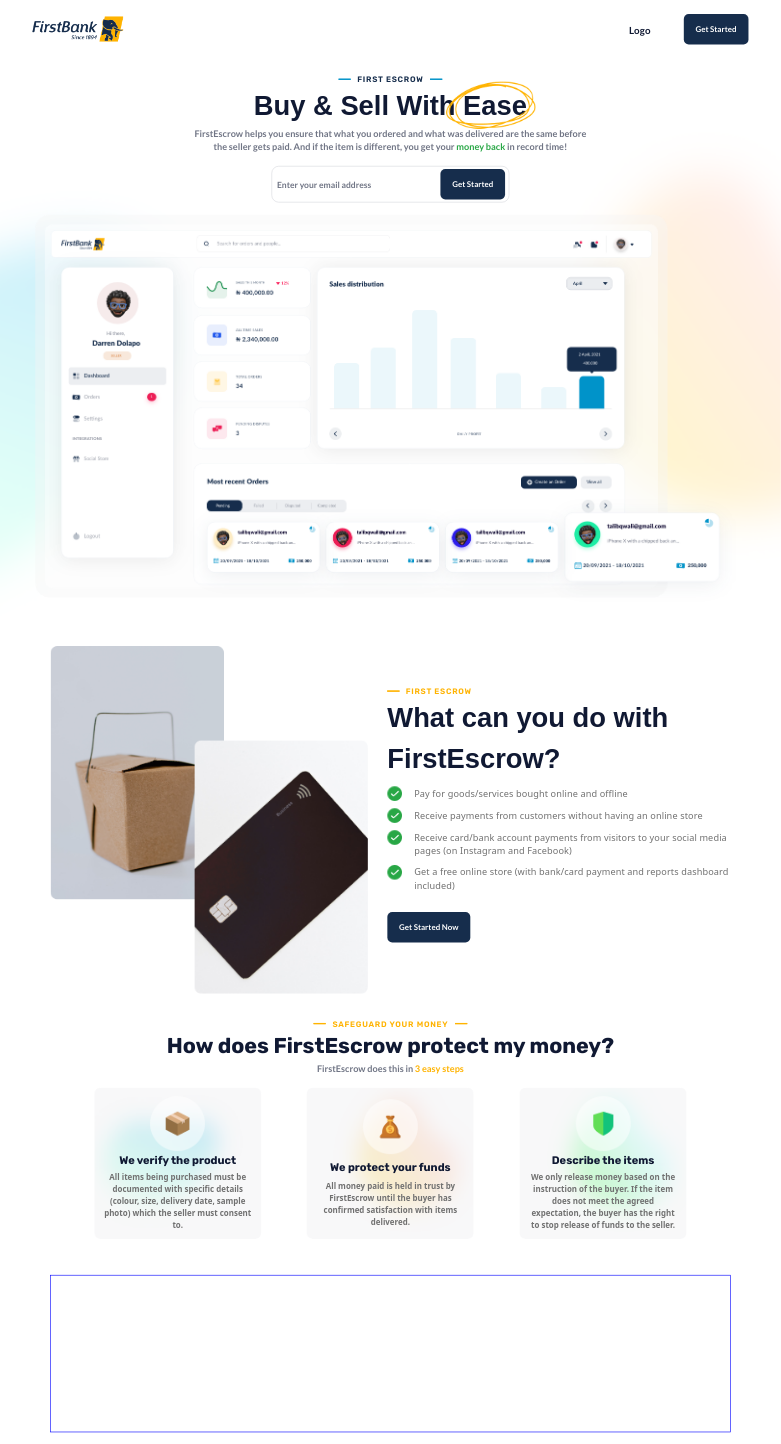
Repository: Pepperest-dev/First_Escrow_Home
Page: index.html
These files come from the project's save history. The page is drawn as it stood at one moment and after the next save; the edit follows.
The browser window is 1280 px wide. The pictures show the whole page, at 61% of full size.

Above is the page before, as saved 2021-09-26 12:42:36.

### index.html
<!DOCTYPE html>
<html lang="en">
  <head>
    <meta charset="UTF-8" />
    <meta http-equiv="X-UA-Compatible" content="IE=edge" />
    <meta name="viewport" content="width=device-width, initial-scale=1.0" />
    <link rel="stylesheet" href="styles/styles.css" />
    <link rel="stylesheet" href="styles/mobileScreenStyles.css" />
    <link
      href="https://unpkg.com/tailwindcss@^2/dist/tailwind.min.css"
      rel="stylesheet"
    />
    <link
      rel="stylesheet"
      href="https://cdnjs.cloudflare.com/ajax/libs/font-awesome/4.7.0/css/font-awesome.min.css"
    />
    <link rel="preconnect" href="https://fonts.googleapis.com" />
    <link rel="preconnect" href="https://fonts.gstatic.com" crossorigin />
    <link
      href="https://fonts.googleapis.com/css2?family=Lato:wght@100;300;400;700;800&family=Rubik:wght@400;500;600;700&display=swap"
      rel="stylesheet"
    />
    <title>First Escrow</title>
  </head>
  <body>
    <!-- Create a container wrapper to  -->
    <!-- create a container to keep everything contained in a certain width  ##done -->
    <!-- create the Navbar ##Done -->
    <!-- Do the font setup from google fonts  ##Done-->
    <!-- make the navbar responsive  Not done-->
    <!-- create the hero section ##almost -->
    <!-- work on the what can we do or you ssection -->
    <!-- Work on how does first escrow  works-->
    <!-- work on refund is guranteed  section  -->
    <!-- how it works in simple steps section -->
    <!-- work on the footer section -->
    <header class="banner mb-10 overflow-x-hidden overscroll-none">
      <nav
        class="
          h-24
          flex
          justify-between
          items-center
          md:w-11/12 md:p-0
          px-7
          mx-auto
          mb-6
        "
      >
        <a href="/">
          <img
            src="/assets/imgs/firstBank_logo.png"
            alt="First Bank Logo"
            class="BrandLogo cursor-pointer"
          />
        </a>

        <ul class="md:flex hidden w-2/12 h-full justify-between items-center">
          <li class="loginLink"><a href="#">Logo</a></li>
          <li>
            <button class="getStartedBtn hover:drop-shadow-xl">
              Get Started
            </button>
          </li>
        </ul>

        <div id="hambugger" class="hambugger cursor-pointer md:hidden">
          <i id="menuToggler" class="fa fa-2x fa-bars"></i>
        </div>
      </nav>

      <main class="md:w-11/12 mb-3 md:p-0 px-7 mx-auto">
        <article>
          <p
            class="
              text-center
              mx-auto
              flex
              justify-around
              items-center
              firstEscrow
            "
          >
            First Escrow
          </p>
          <h1 class="mainTitle text-center mx-auto">
            Buy & Sell With <span class="">Ease</span>
            <img
              src="/assets/icons/bigEaseElipses.png"
              alt="elipses"
              class="elipses"
            />
          </h1>
          <p class="contentDescription mx-auto">
            FirstEscrow helps you ensure that what you ordered and what was
            delivered are the same before the seller gets paid. And if the item
            is different, you get your
            <span class="greenMoneyText">money back</span> in record time!
          </p>
          <form
            class="
              my-5
              mx-auto
              flex
              justify-between
              items-center
              cursor-pointer
              bannerInputField
            "
          >
            <input
              type="text"
              class="h-full"
              placeholder="Enter your email address"
            />
            <button
              type="submit"
              class="getStartedBtn z-10 hover:drop-shadow-xl"
            >
              Get Started
            </button>
          </form>
        </article>
        <img
          src="/assets/imgs/dashboardMockup.png"
          class="dashboardImg cursor-pointer mx-auto"
          alt="dashboard mockup"
        />
      </main>
    </header>
    <div class="wrapper">
      <section
        class="
          mt-10
          w-11/12
          mx-auto
          overflow-x-hidden
          gap-x-8
          items-center
          flex
          justify-between
          flex-wrap-reverse
          md:flex-nowrap
        "
      >
        <div class="">
          <img
            class="object-contain"
            src="/assets/imgs/bagAndCard.png"
            alt="bag and card"
          />
        </div>
        <div class="">
          <p
            class="text-left flex justify-start items-center yellowFirstEscrow"
          >
            First Escrow
          </p>

          <h1 class="mainTitle">What can you do with FirstEscrow?</h1>

          <ul id="FirstEscrowCanDo"></ul>
          <button class="getStartedBtn hover:drop-shadow-xl my-5">
            Get Started Now
          </button>
        </div>
      </section>
    </div>
    <div class="wrapper">
      <section class="mt-10 mb-5 w-11/12 mx-auto overflow-x-hidden">
        <p
          class="
            text-center
            mx-auto
            flex
            justify-around
            items-center
            secondYellowFirstEscrow
          "
        >
          Safeguard Your Money
        </p>

        <h3 class="text-center protectTitle">
          How does FirstEscrow protect my money?
        </h3>
        <p class="contentDescription mx-auto">
          FirstEscrow does this in
          <span class="yellowText">3 easy steps</span>
        </p>

        <div
          id="threeBoxes"
          class="flex justify-evenly flex-wrap items-center my-5"
        ></div>
      </section>
    </div>

    <div class="wrapper">
      <section
        class="mt-10 h-64 outline mb-5 w-11/12 mx-auto overflow-x-hidden"
      ></section>
    </div>
    <script src="js/app.js"></script>
  </body>
</html>

### Styles/styles.css
* {
  margin: 0;
  padding: 0;
  border: 0;
  font-size: 16px;
  text-decoration: none;
  font: inherit;
  box-sizing: border-box;
}

/* Colors varable declaration */
:root {
  --whiteBgColor: #ffffff;
  --BtnBgColor: #162d4c;
  --lightBlueColor: #0093c9;
  --yellowPrimaryColor: #ffb300;
  --boxesTextColor: #707070;
  --darkBlueTextColor: #101933;
  --bannerTextColor: #707585;
  --lightGreenColor: #28a745;
  --inputFieldBorderColor: #d8dade;
  --footerBackgroundColor: #f6f6f7;
  --footerTextColor: #040c22;
  --latoFontFamily: "Lato", sans-serif;
  --rubikFontFamily: "Rubik", sans-serif;
  --arialFontFamily: "Arial", sans-serif;
}
.wrapper {
  margin-right: auto;
  margin-left: auto;
  max-width: 1440px;
  padding-right: 2rem;
  padding-left: 2rem;
  width: 100%;
  background-color: var(--whiteBgColor);
}

.banner {
  background-image: url(../assets/imgs/overlayBackground.png);
  background-position: center;
  background-repeat: no-repeat;
  background-size: cover;
  object-fit: cover;
}
.dashboardImg {
  width: 100%;
  height: auto;
  overflow-x: hidden;
}

.contentContainer {
}

.BrandLogo {
  width: 150px;
  object-fit: contain;
  height: 45px;
}

.outline {
  outline: 1px solid blue;
}

.loginLink {
  font: normal normal 600 16px/19px Lato;
  letter-spacing: 0.32px;
  font-family: var(--latoFontFamily);
  font-style: normal;
  font-weight: 600;
  color: var(--darkBlueTextColor);
}

.loginLink:hover {
  opacity: 0.8;
  transition: all ease-in-out 350ms;
}

.getStartedBtn {
  border-radius: 8px;
  background-color: var(--BtnBgColor);
  min-width: 100px;
  padding: 0 1.2rem;
  height: 50px;
  color: var(--whiteBgColor);
  font-family: var(--latoFontFamily);
  text-align: center;
  font-size: 13px;
  font-weight: 800;
}

.getStartedBtn:hover {
  opacity: 0.8;
  transition: all ease-in-out 350ms;
}

.yellowFirstEscrow {
  letter-spacing: 1.2px;
  color: var(--yellowPrimaryColor);
  text-transform: uppercase;
  font-family: var(--rubikFontFamily);
  font-size: 13px;
  font-weight: 600;
  width: 150px;
}

.yellowFirstEscrow::before {
  content: "";
  display: flex;
  width: 20px;
  border: 1px solid var(--yellowPrimaryColor);
  background-color: var(--yellowPrimaryColor);
  margin-right: 10px;
}

.secondYellowFirstEscrow {
  letter-spacing: 1.2px;
  color: var(--yellowPrimaryColor);
  text-transform: uppercase;
  font-family: var(--rubikFontFamily);
  font-size: 13px;
  font-weight: 600;
  width: 263px;
}

.secondYellowFirstEscrow::before {
  content: "";
  display: flex;
  width: 20px;
  border: 1px solid var(--yellowPrimaryColor);
  background-color: var(--yellowPrimaryColor);
}
.secondYellowFirstEscrow::after {
  content: "";
  display: flex;
  width: 20px;
  border: 1px solid var(--yellowPrimaryColor);
  background-color: var(--yellowPrimaryColor);
}

.firstEscrow {
  letter-spacing: 1.2px;
  color: var(--BtnBgColor);
  text-transform: uppercase;
  font-family: var(--rubikFontFamily);
  font-size: 13px;
  font-weight: 600;
  width: 180px;
}

.firstEscrow::before {
  content: "";
  display: flex;
  width: 20px;
  border: 1px solid var(--lightBlueColor);
  background-color: var(--lightBlueColor);
}
.firstEscrow::after {
  content: "";
  display: flex;
  width: 20px;
  background-color: var(--lightBlueColor);
  border: 1px solid var(--lightBlueColor);
}
.mainTitle {
  color: var(--darkBlueTextColor);
  font-family: var(--arialFontFamily);
  font-weight: 700;
  font-size: 2.8rem;
  max-width: 600px;
  position: relative;
}

.elipses {
  position: absolute;
  width: 150px;
  top: -11px;
  right: 10%;
}

.contentDescription {
  color: var(--bannerTextColor);
  font-family: var(--latoFontFamily);
  font-weight: 600;
  font-size: 15px;
  text-align: center;
  max-width: 650px;
}

.greenMoneyText {
  color: var(--lightGreenColor);
}

.bannerInputField {
  width: 390px;
  height: 60px;
  border: 1px solid var(--inputFieldBorderColor);
  border-radius: 12px;
  background: var(--whiteBgColor);
  padding: 8px 6px 8px 8px;
}

.bannerInputField input[type="text"] {
  border: none;
  font-family: var(--latoFontFamily);
  font-size: 16px;
  color: var(--bannerTextColor);
  flex: 0.9;
  font-weight: 600;
  outline: none;
}

.bannerInputField input[type="text"]::placeholder {
  font-family: var(--latoFontFamily);
  font-size: 14px;
  font-weight: 600;
  color: var(--bannerTextColor);
}

#FirstEscrowCanDo li {
  color: var(--boxesTextColor);
  letter-spacing: 0.18px;
  text-align: left;
  font-weight: normal;
  font-size: 15px;
}

.protectTitle {
  color: var(--darkBlueTextColor);
  letter-spacing: 0;
  font-family: var(--rubikFontFamily);
  font-weight: bold;
  font-size: 2.2rem;
}
.yellowText {
  color: var(--yellowPrimaryColor);
}
.box {
  width: 280px;
  height: 248px;
  border-radius: 12px;
  background-repeat: no-repeat;
  background-position: center;
  background-size: contain;
  display: flex;
  flex-direction: column;
  align-items: center;
  justify-content: space-evenly;
  padding: 10px;
}

.boxImage {
  width: 90px;
  background-color: transparent;
}

.boxTitle {
  color: var(--darkBlueTextColor);
  letter-spacing: 0;
  font-family: var(--rubikFontFamily);
  text-align: center;
  font-size: 18px;
  font-weight: 700;
}

.boxTextContent {
  text-align: center;
  color: var(--boxesTextColor);
  font-size: 13px;
  font-weight: 600;
  width: 95%;
}

### Styles/mobileScreenStyles.css
@media screen and (max-width: 600px) {
  .banner {
    background-size: contain;
  }
  .dashboardImg {
    width: 500px;
    height: auto;
  }

  .BrandLogo {
    width: 100px;
  }

  .toggle {
    transition: opacity ease-in-out;
  }

  .elipses {
    position: absolute;
    width: 150px;
    top: 40%;
    right: 9%;
  }
}

### Js/app.js
const escrow = {
  firstEscrowList: [
    {
      icon: "/assets/icons/greenChecked.png",
      text: "Pay for goods/services bought online and offline",
    },
    {
      icon: "/assets/icons/greenChecked.png",
      text: "Receive payments from customers without having an online store",
    },
    {
      icon: "/assets/icons/greenChecked.png",
      text: "Receive card/bank account payments from visitors to your social media pages (on Instagram and Facebook)",
    },
    {
      icon: "/assets/icons/greenChecked.png",
      text: "Get a free online store (with bank/card payment and reports dashboard included)",
    },
  ],
  threeBoxContent: [
    {
      imgUrl: "/assets/imgs/parcelBox.png",
      bgImgUrl: "/assets/imgs/darkGreenCardBg.png",
      boxTitle: "We verify the product",
      boxTextContent:
        "All items being purchased must be documented with specific details (colour, size, delivery date, sample photo) which the seller must consent to.",
    },
    {
      imgUrl: "/assets/imgs/moneyBag.png",
      bgImgUrl: "/assets/imgs/yellowCardBg.png",
      boxTitle: "We protect your funds",
      boxTextContent:
        "All money paid is held in trust by FirstEscrow until the buyer has confirmed satisfaction with items delivered.",
    },
    {
      imgUrl: "/assets/imgs/greenShield.png",
      bgImgUrl: "/assets/imgs/lightGreenCardBg.png",
      boxTitle: "Describe the items",
      boxTextContent:
        "We only release money based on the instruction of the buyer. If the item does not meet the agreed expectation, the buyer has the right to stop release of funds to the seller.",
    },
  ],
};
Object.freeze(escrow);
document.addEventListener(
  "DomContentLoaded",
  (function () {
    console.log(escrow, "escrow, content");
    const { firstEscrowList, threeBoxContent } = escrow;
    const hambugger = document.querySelector("#hambugger");
    const menu = document.querySelector("#menuToggler");
    const escrowCanDo = document.querySelector("#FirstEscrowCanDo");
    const threeBoxes = document.querySelector("#threeBoxes");

    let returnedList = firstEscrowList
      .map(
        (list) =>
          `<li class="flex items-start my-3 justify-start"><img  src=${list.icon} alt="checked icon" class="mr-5 h-6 w-6" /> ${list.text}</li>`
      )
      .join(" ");

    escrowCanDo.innerHTML = returnedList;

    let boxesHtml = threeBoxContent
      .map(
        ({ imgUrl, bgImgUrl, boxTextContent, boxTitle }) => `<div
            style="background-image: url(${bgImgUrl})"
            class="box my-5 md:my-0 hover:shadow-xl duration-150 transition-shadow transition-shadow"
          >
            <div class="boxImage">
              <img src=${imgUrl} alt="Box Image" srcset="" />
            </div>
            <p class="boxTitle">${boxTitle}</p>
            <p class="boxTextContent">
             ${boxTextContent}
            </p>
          </div>`
      )
      .join("");

    threeBoxes.innerHTML = boxesHtml;

    hambugger.addEventListener("click", () => {
      if (menu.classList.contains("fa-bars")) {
        menu.classList.remove("fa-bars");
        menu.classList.add("fa-times");
      } else if (menu.classList.contains("fa-times")) {
        menu.classList.remove("fa-times");
        menu.classList.add("fa-bars");
      }
      hambugger.classList.toggle("toggle");
    });
  })()
);

After the next save:
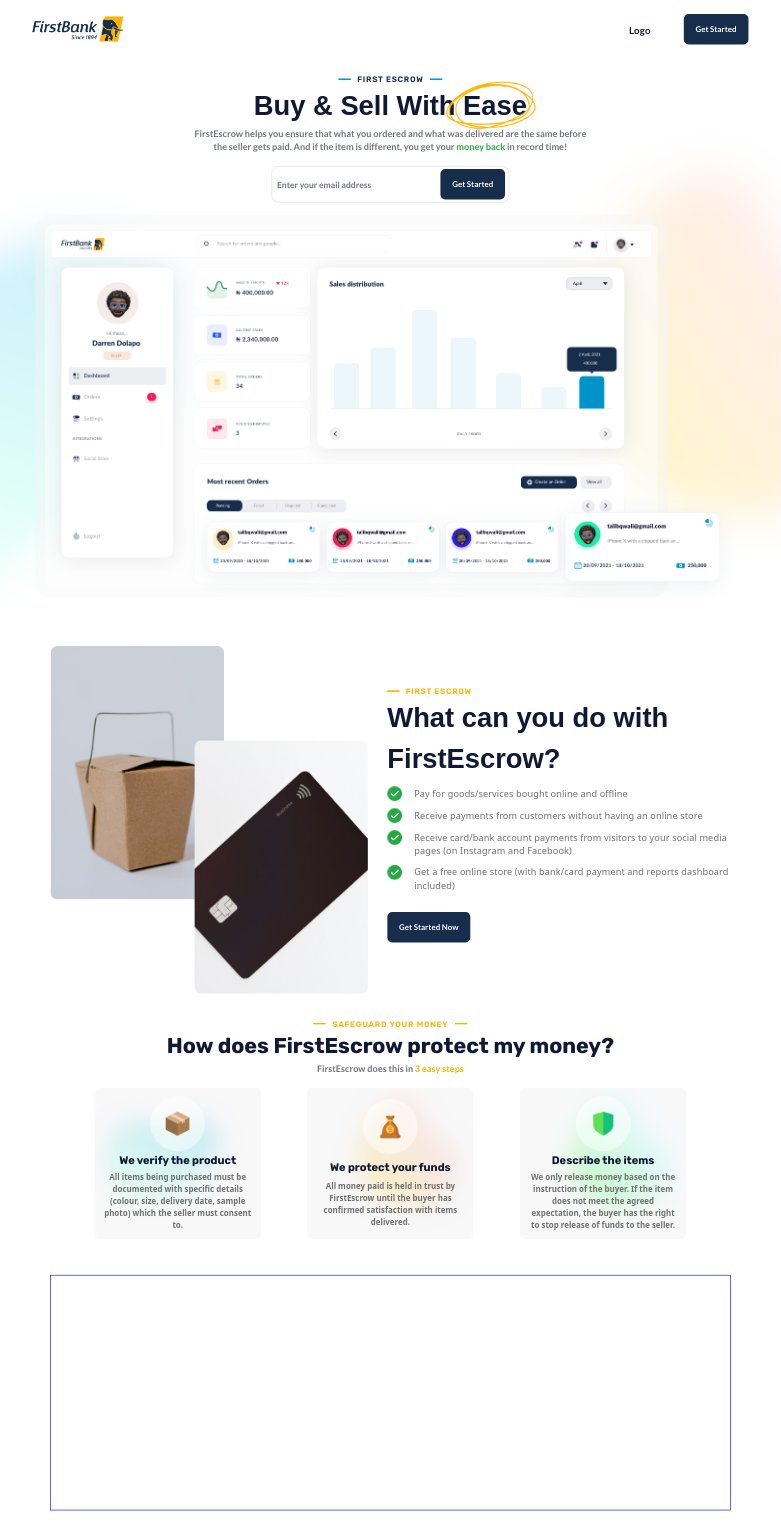
Saved 2 h 57 min later.
--- a/index.html
+++ b/index.html
@@ -198,7 +198,7 @@
 
     <div class="wrapper">
       <section
-        class="mt-10 h-64 outline mb-5 w-11/12 mx-auto overflow-x-hidden"
+        class="mt-10 h-96 outline mb-5 w-11/12 mx-auto overflow-x-hidden"
       ></section>
     </div>
     <script src="js/app.js"></script>
